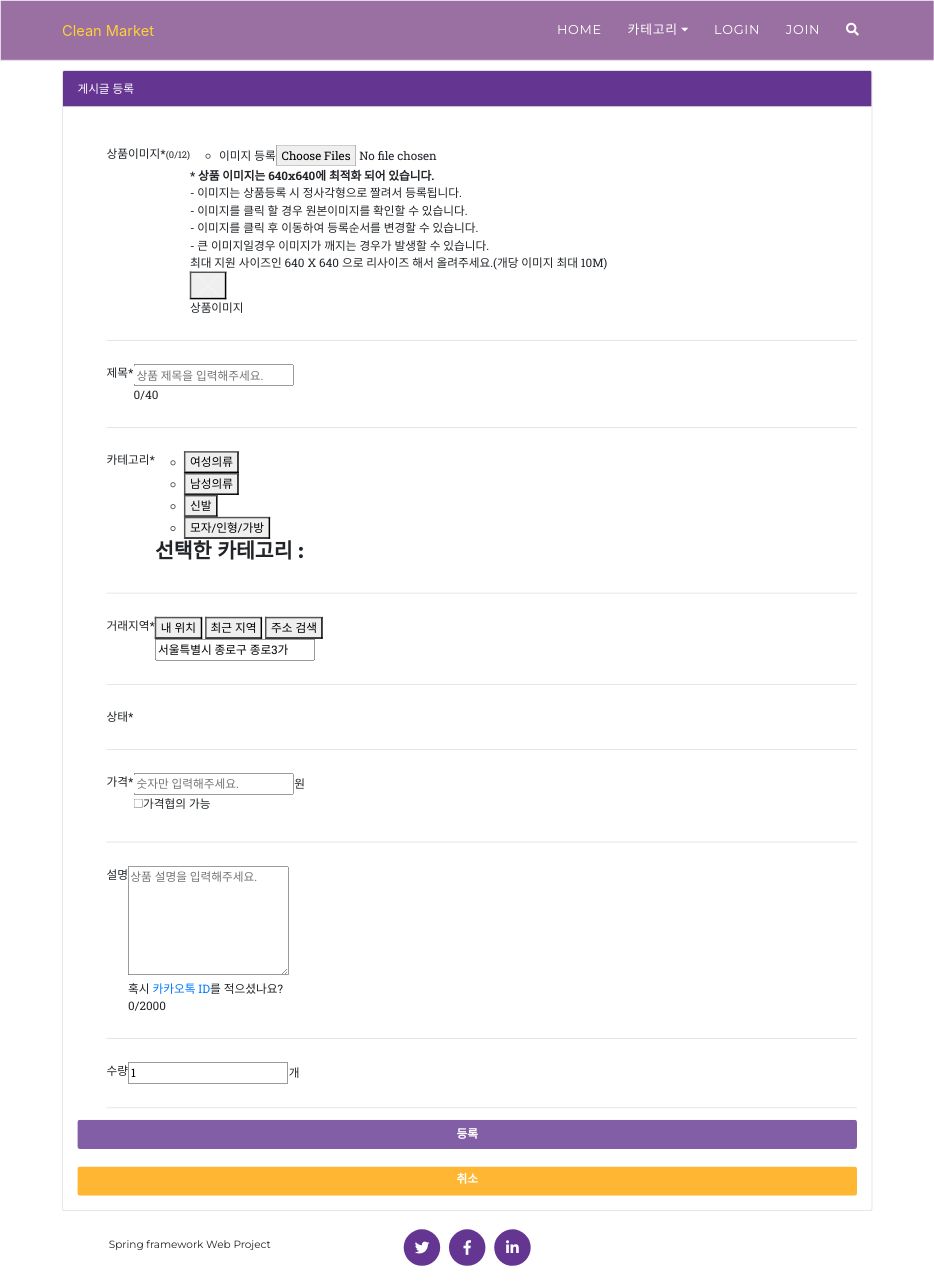
Repository: mim-mim-ji/Cleanmarket_web
Page: http://localhost/CleanMarket/WEB-INF/views/item/write.jsp
The author's editor kept a copy of each file at every save. The page is drawn from the files as they stood at one save, then again after the next save.
The browser window is 1280 px wide. The pictures show the whole page, at 73% of full size.
Some web fonts or font styles are not loaded; a fallback is used. The page is served by Tomcat 9. Nobody is signed in. The template is opened directly, without the code that normally fills it, so the values that code supplies are empty.

Above is the page before, as saved 2021-03-21 01:47:56.

After the next save:
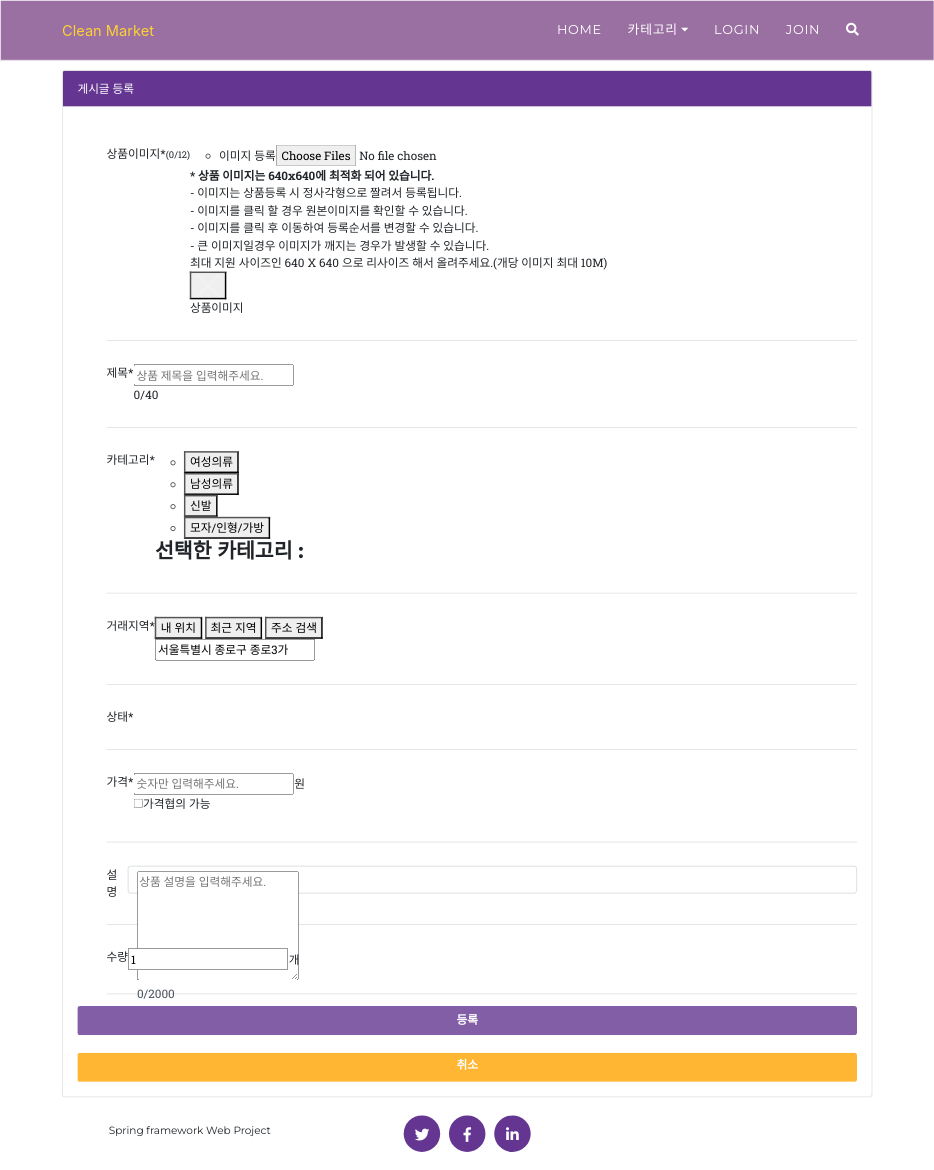
Saved 46 s later.
--- a/CleanMarket/src/main/webapp/WEB-INF/views/item/write.jsp
+++ b/CleanMarket/src/main/webapp/WEB-INF/views/item/write.jsp
@@ -127,13 +127,10 @@ header.masthead {
 									</div>
 								</div></li>
 							<li class="sc-gxbSSY bphXry"><div class="sc-bXopBW edUXQu">설명</div>
-								<div class="sc-hhaNoI buTCOV">
+								<div class="form-control">
 									<textarea placeholder="상품 설명을 입력해주세요." rows="6"
 										class="sc-izfUZz eEjZnV"></textarea>
 									<div class="sc-eqGige gTqRab">
-										<span>혹시 <a target="_blank"
-											href="/customer/notice?id=607">카카오톡 ID</a>를 적으셨나요?
-										</span>
 										<div class="sc-kUQWMX giYAKW">0/2000</div>
 									</div>
 								</div></li>
